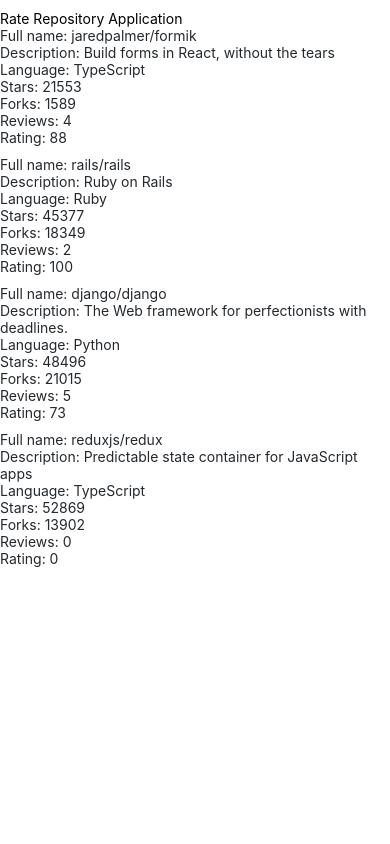
Repository: OrmeSile/react-native-FSO
Screen: / (app in rate-repository-app/)
The author's editor kept a copy of each file at every save. The screen is drawn from the files as they stood at one save, then again after the next save.
The app was drawn by React Native's web renderer in a window 390 px wide. The project was rebuilt for these pictures with package versions that can differ from the ones it lists, and the page was loaded fresh each time. Some packages were replaced by stand-ins written for this rebuild.

Above is the screen before, as saved 2022-05-15 16:26:12.

### rate-repository-app/src/components/Main.jsx
import { Text, StyleSheet, View } from 'react-native';
import AppBar from './AppBar';
import RepositoryList from './RepositoryList';

const styles = StyleSheet.create({
  container: {
    flexGrow: 1,
    flexShrink: 1,
  },
});

const Main = () => {
  return (
    <View style={styles.container}>
      <AppBar/>
      <Text>Rate Repository Application</Text>
        <RepositoryList />
    </View>
  );
};

export default Main;

### rate-repository-app/src/components/AppBar.jsx
import { View, StyleSheet } from 'react-native';
import Constants from 'expo-constants';

const styles = StyleSheet.create({
  container: {
    paddingTop: Constants.statusBarHeight,
    height: 10
    // ...
  },
  // ...
});

const AppBar = () => {
  return <View style={styles.container}>{/* ... */}</View>;
};

export default AppBar;

### rate-repository-app/src/components/RepositoryList.jsx
import { FlatList, View, StyleSheet } from 'react-native';
import RepositoryItem from './RepositoryItem';

const styles = StyleSheet.create({
  separator: {
    height: 10,
  },
});

const repositories = [
  {
    id: 'jaredpalmer.formik',
    fullName: 'jaredpalmer/formik',
    description: 'Build forms in React, without the tears',
    language: 'TypeScript',
    forksCount: 1589,
    stargazersCount: 21553,
    ratingAverage: 88,
    reviewCount: 4,
    ownerAvatarUrl: 'https://avatars2.githubusercontent.com/u/4060187?v=4',
  },
  {
    id: 'rails.rails',
    fullName: 'rails/rails',
    description: 'Ruby on Rails',
    language: 'Ruby',
    forksCount: 18349,
    stargazersCount: 45377,
    ratingAverage: 100,
    reviewCount: 2,
    ownerAvatarUrl: 'https://avatars1.githubusercontent.com/u/4223?v=4',
  },
  {
    id: 'django.django',
    fullName: 'django/django',
    description: 'The Web framework for perfectionists with deadlines.',
    language: 'Python',
    forksCount: 21015,
    stargazersCount: 48496,
    ratingAverage: 73,
    reviewCount: 5,
    ownerAvatarUrl: 'https://avatars2.githubusercontent.com/u/27804?v=4',
  },
  {
    id: 'reduxjs.redux',
    fullName: 'reduxjs/redux',
    description: 'Predictable state container for JavaScript apps',
    language: 'TypeScript',
    forksCount: 13902,
    stargazersCount: 52869,
    ratingAverage: 0,
    reviewCount: 0,
    ownerAvatarUrl: 'https://avatars3.githubusercontent.com/u/13142323?v=4',
  },
];

const ItemSeparator = () => <View style={styles.separator} />;

const RepositoryList = () => {
  return (
    <FlatList
      data={repositories}
      ItemSeparatorComponent={ItemSeparator}
      renderItem={({ item }) => (
        <RepositoryItem key={item.id} item={item}/>
      )}
    />
  );
};

export default RepositoryList;

### rate-repository-app/src/components/RepositoryItem.jsx
import { View } from 'react-native';
import Text from './Text';

const RepositoryItem = ({ item }) => {
  return (
    <View>
      <Text>Full name: {item.fullName}</Text>
      <Text>Description: {item.description}</Text>
      <Text>Language: {item.language}</Text>
      <Text>Stars: {item.stargazersCount}</Text>
      <Text>Forks: {item.forksCount}</Text>
      <Text>Reviews: {item.reviewCount}</Text>
      <Text>Rating: {item.ratingAverage}</Text>
    </View>
  );
};

export default RepositoryItem;

### rate-repository-app/src/components/Text.jsx
import { Text as NativeText, StyleSheet } from 'react-native';

import theme from '../theme';

const styles = StyleSheet.create({
  text: {
    color: theme.colors.textPrimary,
    fontSize: theme.fontSizes.body,
    fontFamily: theme.fonts.main,
    fontWeight: theme.fontWeights.normal,
  },
  colorTextSecondary: {
    color: theme.colors.textSecondary,
  },
  colorPrimary: {
    color: theme.colors.primary,
  },
  fontSizeSubheading: {
    fontSize: theme.fontSizes.subheading,
  },
  fontWeightBold: {
    fontWeight: theme.fontWeights.bold,
  },
});

const Text = ({ color, fontSize, fontWeight, style, ...props }) => {
  const textStyle = [
    styles.text,
    color === 'textSecondary' && styles.colorTextSecondary,
    color === 'primary' && styles.colorPrimary,
    fontSize === 'subheading' && styles.fontSizeSubheading,
    fontWeight === 'bold' && styles.fontWeightBold,
    style,
  ];

  return <NativeText style={textStyle} {...props} />;
};

export default Text;

### rate-repository-app/src/theme.js
const theme = {
  colors: {
    textPrimary: '#24292e',
    textSecondary: '#586069',
    primary: '#0366d6',
  },
  fontSizes: {
    body: 14,
    subheading: 16,
  },
  fonts: {
    main: 'System',
  },
  fontWeights: {
    normal: '400',
    bold: '700',
  },
};

export default theme;

Loaded but not shown: rate-repository-app/App.js (common file)

After the next save:
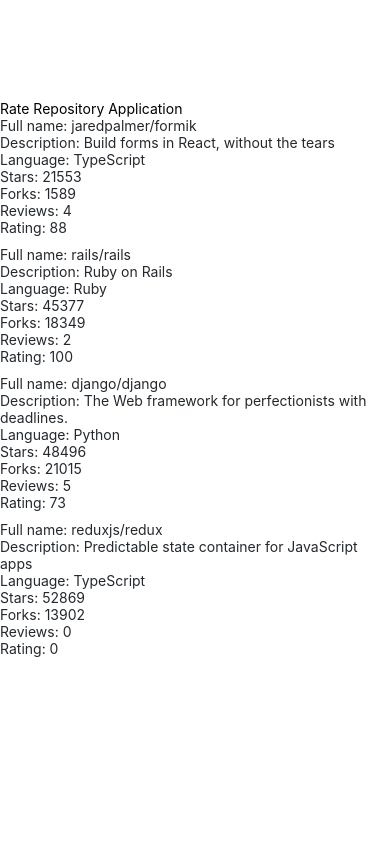
Saved 5 s later.
--- a/rate-repository-app/src/components/AppBar.jsx
+++ b/rate-repository-app/src/components/AppBar.jsx
@@ -4,7 +4,7 @@
 const styles = StyleSheet.create({
   container: {
     paddingTop: Constants.statusBarHeight,
-    height: 10
+    height: 100
     // ...
   },
   // ...
